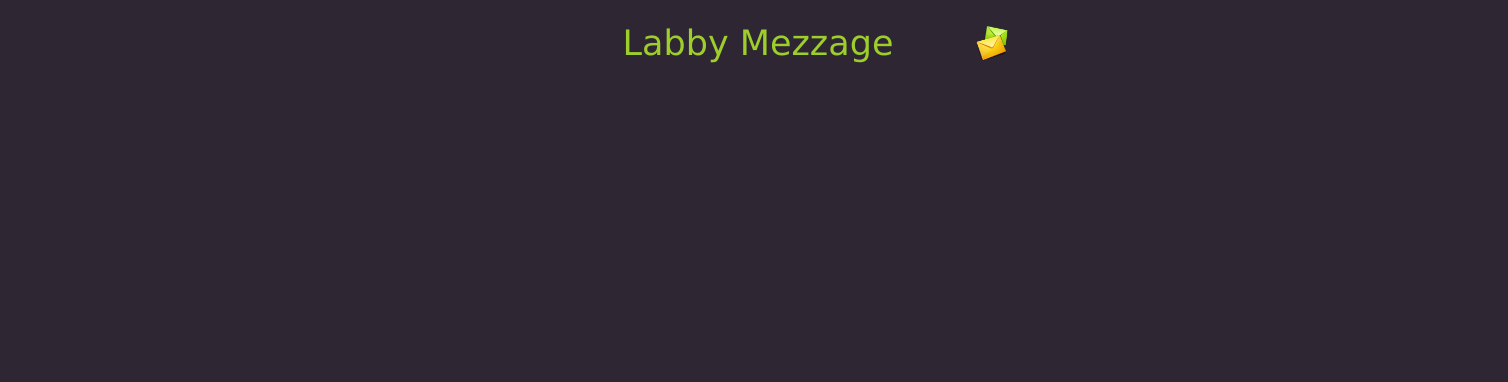
Repository: ad222kr/1dv403-laborationer
Page: 2-labbymezzage/index.html
The author's editor kept a record of every edit. The page is drawn from the files as they stood at one moment, then again after the next edit.
The browser window is 1280 px wide. The page is 1508 px wide, so the pictures cover 1508 px, including what lies to the right of the window. The pictures show the whole page.

Above is the page before.

### 2-labbymezzage/index.html
<!DOCTYPE HTML>
<html lang="sv">
    <head>
        <meta charset="UTF-8" />
        <title>Laboration 2 - Labby Mezzage!</title>
        <link rel="stylesheet" href="css/style.css" />

    </head>

    <body>
        <div id ="container">
            <header><h1>Labby Mezzage</h1></header>
            <div id="content">
                  <div id="board1" class="messages"></div>
                  <div id="board2" class="messages"></div>
            </div>
        </div>

    </body>
</html>

### 2-labbymezzage/css/style.css
body{
    background-color: #2E2633; /* Ändra sen */
    font-family: Verdana, Helvetica;

}

h1{

    color:#9dce2c;
    font-size: 35px;
    font-weight: normal;
}
p{
    color: black;
}

header{
    background-image: url("pics/logo.png");
    background-size: 35px 35px;
    background-repeat: no-repeat;
    background-position: 66%;
    text-align: center;
    height: 40px;
    line-height: 40px;
    margin-bottom:10px;
}

.textarea{
    width: 455px;
    height: 100px;
    -webkit-border-radius: 5px;
    -moz-border-radius: 5px;
    border-radius: 5px;
    margin-top:20px;
}

#container{
    width: 1500px;
    margin: 0px auto;
}



.button{
    border: 0px;
	background-color:#9dce2c;
	-webkit-border-top-left-radius:42px;
	-moz-border-radius-topleft:42px;
	border-top-left-radius:42px;
	-webkit-border-top-right-radius:42px;
	-moz-border-radius-topright:42px;
	border-top-right-radius:42px;
	-webkit-border-bottom-right-radius:42px;
	-moz-border-radius-bottomright:42px;
	border-bottom-right-radius:42px;
	-webkit-border-bottom-left-radius:42px;
	-moz-border-radius-bottomleft:42px;
	border-bottom-left-radius:42px;
	display:inline-block;
	color:#ffffff;
	font-size:22px;
	font-weight:normal;
	font-style:normal;
	height:35px;
	line-height:35px;
	width:100px;
	text-decoration:none;
	text-align:center;
	margin-left: 360px;
	margin-top: 5px;
}

.button:hover{
    background:-webkit-gradient( linear, left top, left bottom, color-stop(0.05, #8cb82b), color-stop(1, #9dce2c) );
	background:-moz-linear-gradient( center top, #8cb82b 5%, #9dce2c 100% );
	background-color:#8cb82b;
}

.button:active{
    position: relative;
    top: 1px;
}

.numberofmess{
    color: black;
    font-size: 11px;
    float: right;
    margin-bottom: -25px;
}

.board{
    background: #EFFFCD;
    border-color: #000000;
    padding: 10px;
    -webkit-border-radius: 5px;
    -moz-border-radius: 5px;
    border-radius: 5px;
	color:white;
	width:460px;
	margin:10px;
    float: left
    ;
}

.message{

    margin-bottom: 5px;
    font-size: 12px;
    border: solid 1px;
    background: #cdeb8b;
    padding: 4px;
}

.delete{
    height: 20px;
    width: 20px;
}
.time{
    height: 20px;
    width: 20px;
}

.buttons{
    float: right;
    margin-left: 200px;
    margin: 0 0 1em 1em;

}

.msgtext{
    width: 400px;
    text-align: justify;
    margin-top:-1px;
    word-wrap: break-word;
    display: block;

}

.timestamp{
    margin-left:405px;
    margin-bottom:-2px;
    font-size:10px;
}

### 2-labbymezzage/js/Message.js
"use strict";
function Message(message, date){


    this.getText = function(){
        return message;
    };
    this.setText = function(_text){
        message = _text;
    };
    this.getDate = function(){
        return date;
    };
    this.setDate = function(_date){
        date = _date;
    };
}

Message.prototype.getDateText = function(){
    // Hittade på http://stackoverflow.com/a/3067896
    var date = this.getDate();
    var hour = date.getHours().toString();
    var minute = date.getMinutes().toString();
    var seconds = date.getSeconds().toString();

    var dateText = hour + ":" + (minute.length == 2 ? minute : "0" + minute) +":" + (seconds.length == 2 ? seconds : "0" + seconds);

    return dateText;

};
Message.prototype.toString = function(){

    var monthNames = [ "Januari", "Februari", "Mars", "April", "Maj", "Juni",
    "Juli", "Augusti", "September", "Oktober", "November", "December" ];

    var date = this.getDate();
    console.log(date);
    var year = date.getFullYear().toString();
    var month = monthNames[date.getMonth()];
    var day = date.getDate().toString();
    var hour = date.getHours().toString();
    var minute = date.getMinutes().toString();
    var seconds = date.getSeconds().toString();

    var dateTest = "Inlägget skapades den " +day+" "+month+ " "+year+" klockan "+hour+":"+minute+":"+seconds;
    return dateTest;
};
Message.prototype.getHTMLtext = function(){
    var htmlText = this.getText();
    return htmlText.replace(/[\n\r]/g, "<br/>");
};

### 2-labbymezzage/js/MessageBoard.js
"use strict";
function MessageBoard(boardID){
    var that = this;
    var div = document.getElementById(boardID);
    this.messages = [];

    this.init = function(){
        // Init function that initiates the board, creating a button and a textfield
        var that = this;


        // Create a text-field
        var textarea = document.createElement("textarea");
        textarea.className = "textarea";
        div.appendChild(textarea);

        // Create a send-button
        var inputButton = document.createElement("input");
        inputButton.type = "button";
        inputButton.value = "skicka";
        inputButton.className = "button";
        div.appendChild(inputButton);



        // Add eventlisteners
        inputButton.addEventListener("click", that.createMessage, false);
        textarea.addEventListener("keypress", function(e) {
            if (!e) {e = window.event;}
            if (e.keyCode == 13 && !e.shiftKey){
                e.preventDefault();
                that.createMessage();
            }

        });
    };

    this.createMessage = function(){
        // Reference to the textarea
        var input = document.querySelector("#"+boardID+" textarea");

        var mess = new Message(input.value, new Date());

        // Adds message to array and renders it
        that.messages.push(mess); // when using .this with "click" this points to input.button, why?
        that.renderMessage(that.messages.length - 1);
        console.log(that.messages.length);
        input.value= "";


    };

    this.renderMessage = function(messageID){
        // Creating elements for message, text, time and delete/timestamp buttons
        var that = this;

        var messageDiv = document.createElement("div");
        var buttonDiv = document.createElement("div");
        var text = document.createElement("p");
        var time = document.createElement("p");
        var aClose = document.createElement("a");
        var aTime = document.createElement("a");
        var imgClose = document.createElement("img");
        var imgTime = document.createElement("img");

        // Setting classnames and attributes
        buttonDiv.className = "buttons";
        messageDiv.className = "message";
        text.className = "msgtext";
        time.className = "timestamp";
        imgClose.className = "delete";
        imgTime.className = "time";
        aClose.setAttribute("href", "#");
        aTime.setAttribute("href", "#");
        imgClose.setAttribute("src", "img/Remove-icon.png");
        imgTime.setAttribute("src", "img/clock.png");

        // Pushing elements to DOM
        div.insertBefore(messageDiv, div.firstChild);
        aClose.appendChild(imgClose);
        aTime.appendChild(imgTime);
        buttonDiv.appendChild(aClose);
        buttonDiv.appendChild(aTime);
        messageDiv.appendChild(buttonDiv);
        messageDiv.appendChild(text);
        messageDiv.appendChild(time);

        // Rendering the message and time
        text.innerHTML = this.messages[messageID].getHTMLtext();
        time.innerHTML = this.messages[messageID].getDateText();


    };


}

### 2-labbymezzage/js/run.js
"use strict";
window.onload = function(){
    var board1 = new MessageBoard("board1");
    var board2 = new MessageBoard("board2");
    var board3 = new MessageBoard("board3");

    board1.init();
    board2.init();

};

After the next edit:
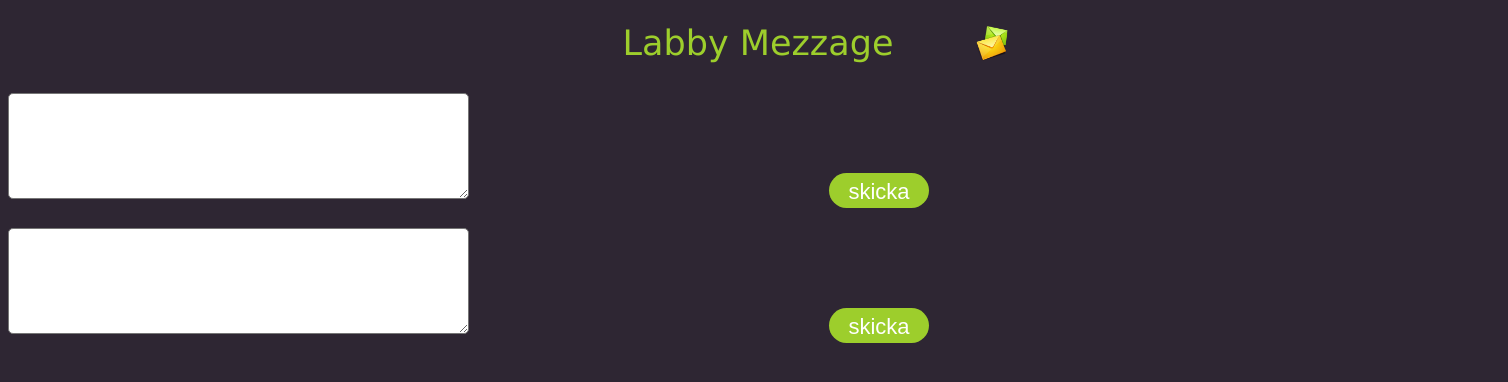
The edit:
--- a/2-labbymezzage/index.html
+++ b/2-labbymezzage/index.html
@@ -15,6 +15,8 @@
                   <div id="board2" class="messages"></div>
             </div>
         </div>
-
+        <script src="js/Message.js"></script>
+        <script src="js/MessageBoard.js"></script>
+        <script  src="js/run.js"></script>
     </body>
 </html>
